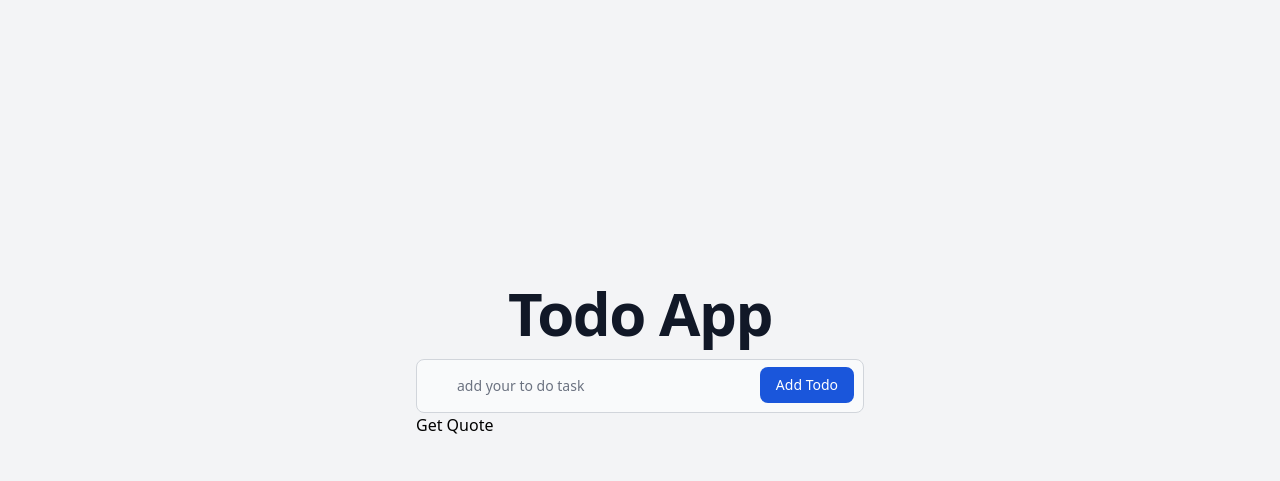
Repository: sodmaq/Todo-App
Page: /
These files come from the project's save history. The page is drawn as it stood at one moment and after the next save; the edit follows.
The browser window is 1280 px wide. The pictures show the whole page.
The project was rebuilt for these pictures with package versions that can differ from the ones it lists, and the page was loaded fresh each time. Also part of the build but not shown: vite.config.js, src/components/loader.css, src/components/Loader.jsx, src/components/Quote.jsx, src/components/TodoItem.jsx.

Above is the page before, as saved 2024-09-04 22:44:04.

After the next save:
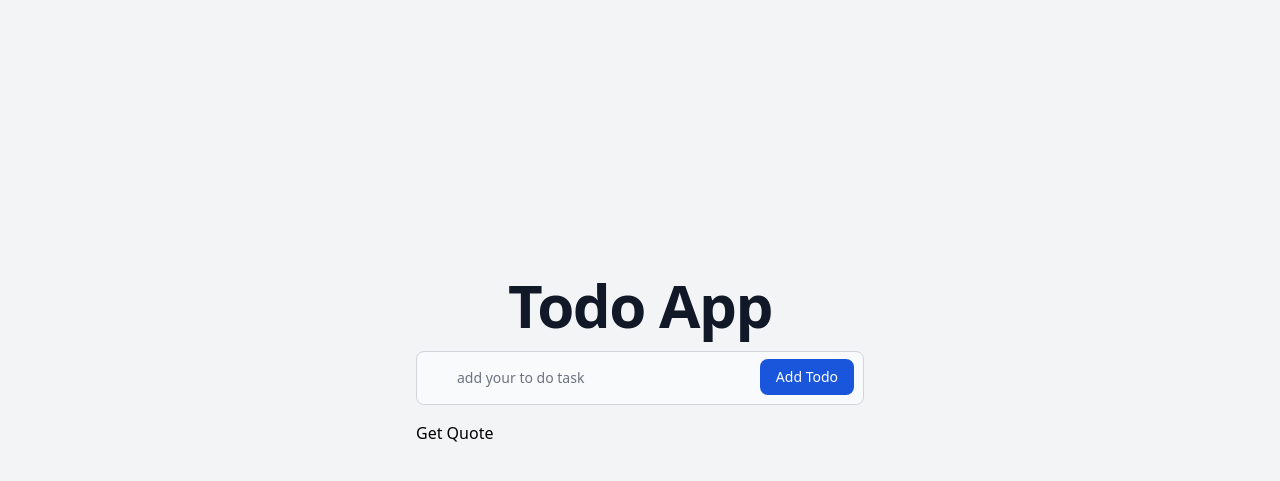
Saved 7 s later.
--- a/src/Todo.jsx
+++ b/src/Todo.jsx
@@ -42,7 +42,7 @@
           deleteTodo={deleteTodo}
           editTodo={editTodo}
         />
-        <div>
+        <div className="mt-4">
           <NavLink to="/quote"> Get Quote</NavLink>
         </div>
       </div>
